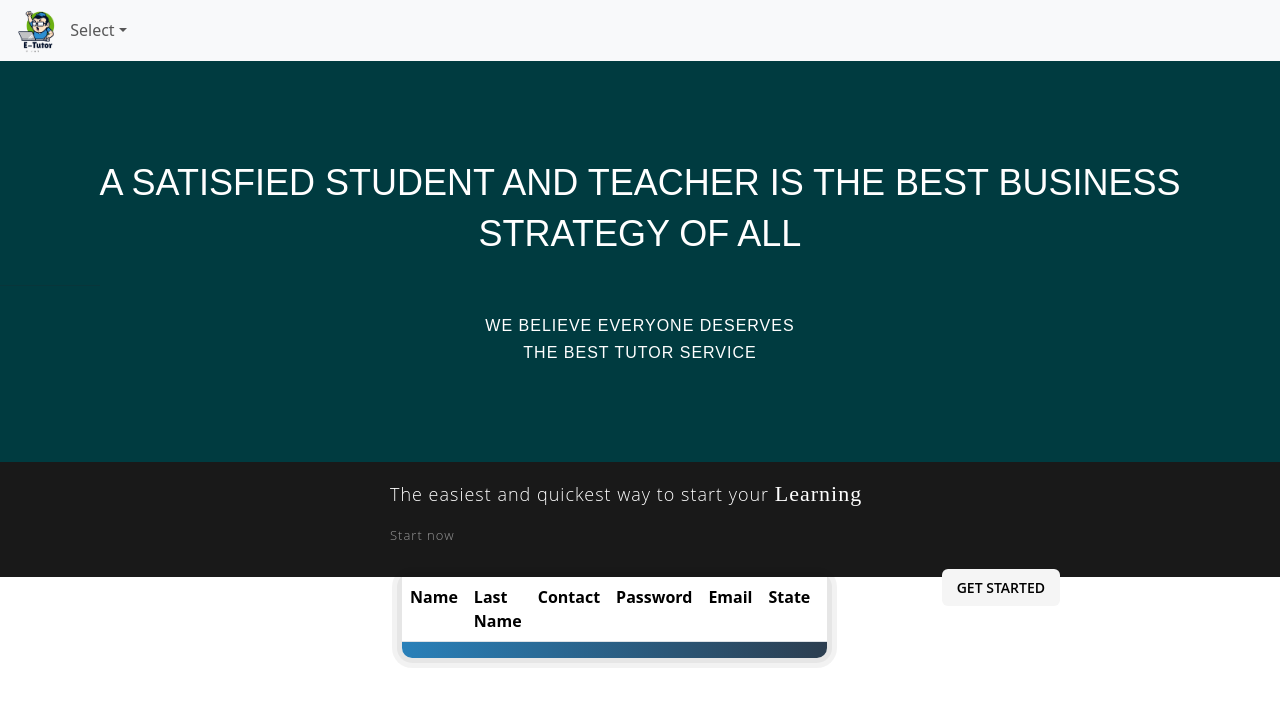
Repository: shailesh89-art/E-tutor-springboot-hibernate
Page: http://localhost/TUTOR_INVENTOR_1/pages/parent_Admin_edit.jsp
These files come from the project's save history. The page is drawn as it stood at one moment and after the next save; the edit follows.
The browser window is 1280 px wide. The pictures show the whole page.
Some web libraries are served in a nearby version. The page is served by Tomcat 9. The template is opened directly, without the code that normally fills it, so the values that code supplies are empty.

Above is the page before, as saved 2023-05-03 14:07:21.

After the next save:
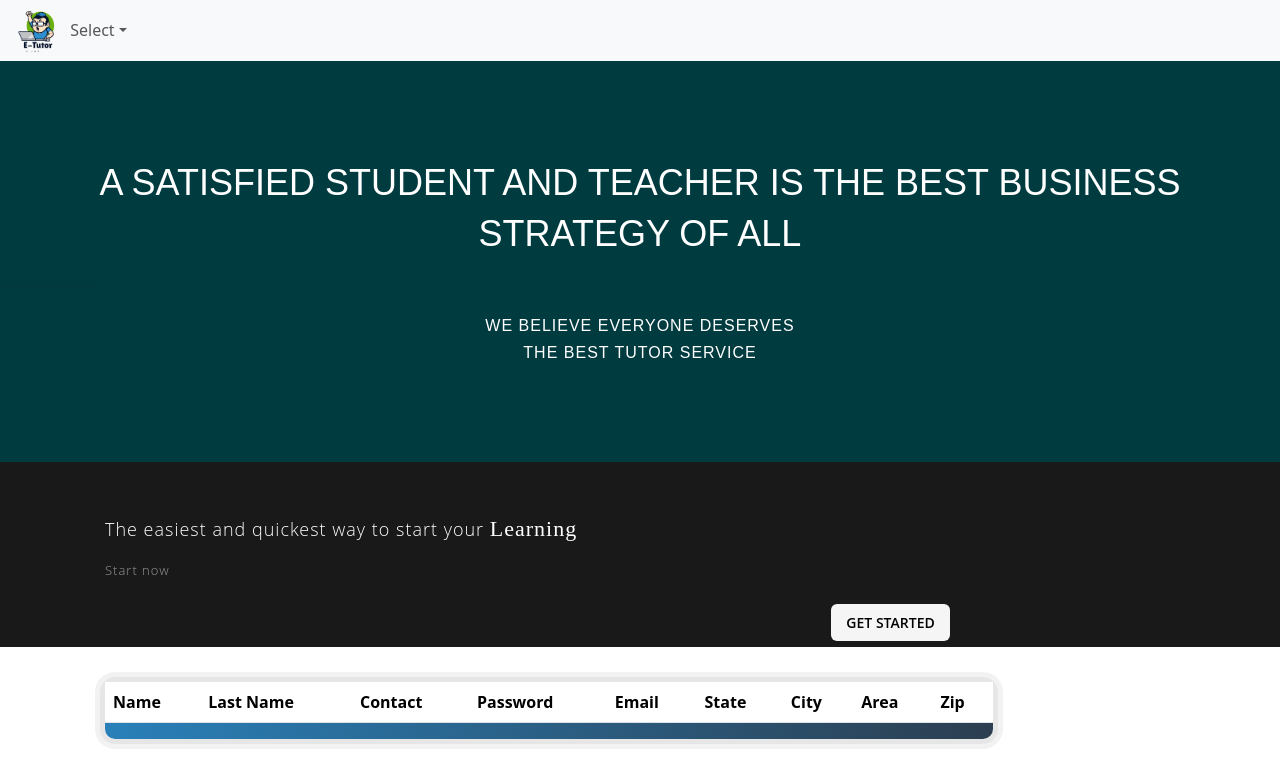
Saved 113 s later.
--- a/TUTOR_INVENTOR_1/src/main/webapp/pages/parent_Admin_edit.jsp
+++ b/TUTOR_INVENTOR_1/src/main/webapp/pages/parent_Admin_edit.jsp
@@ -365,6 +365,7 @@
 .container{
 
     padding-left: 320px;
+    padding:35px;
 }
  #logo{
         width: 4%;
